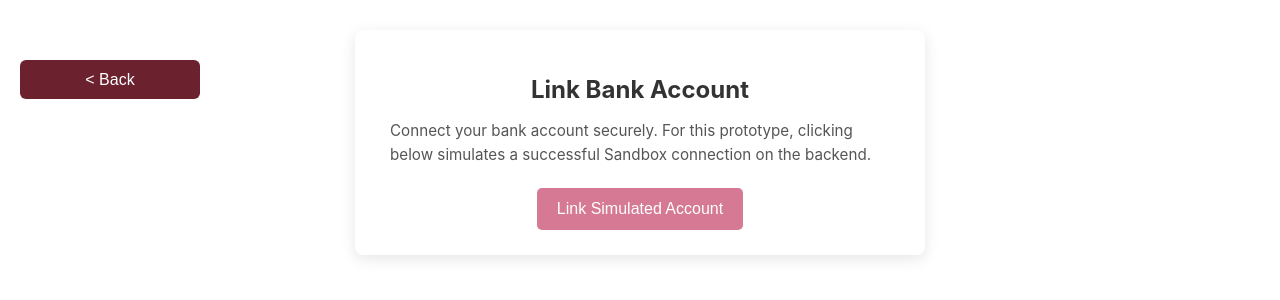
Repository: aab232/https---github.com-aab232-Deferred-Payment-Platform
Page: /link-account (app in frontend/)
These files come from the project's save history. The page is drawn as it stood at one moment and after the next save; the edit follows.
The browser window is 1280 px wide. The pictures show the whole page.
The project was rebuilt for these pictures with package versions that can differ from the ones it lists, and the page was loaded fresh each time. Also part of the build but not shown: frontend/src/components/Home.js, frontend/src/components/Register.js, frontend/src/components/Login.js, frontend/src/components/Main.css, frontend/src/components/Main.js, frontend/src/components/Settings.js, frontend/src/components/Privacy.js, frontend/src/components/ContactUs.js and 9 more.

Above is the page before, as saved 2025-05-09 02:52:51.

After the next save:
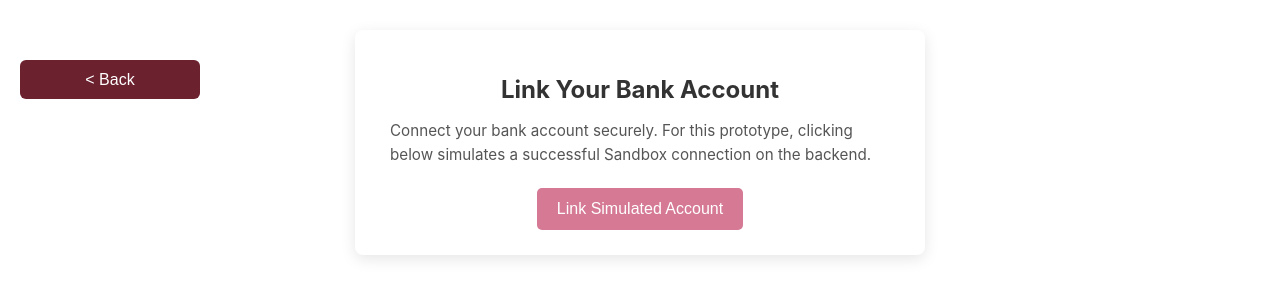
Saved 6 s later.
--- a/frontend/src/components/LinkAccount.js
+++ b/frontend/src/components/LinkAccount.js
@@ -103,7 +103,7 @@ const LinkAccount = () => {
             <BackButton />
              {/* Use the more specific form card class from LinkAccount.css */}
              <div className='link-account-form-card'>
-                <h2>Link Bank Account</h2>
+                <h2>Link Your Bank Account</h2>
                 <p>
                     Connect your bank account securely. For this prototype,
                     clicking below simulates a successful Sandbox connection on the backend.
